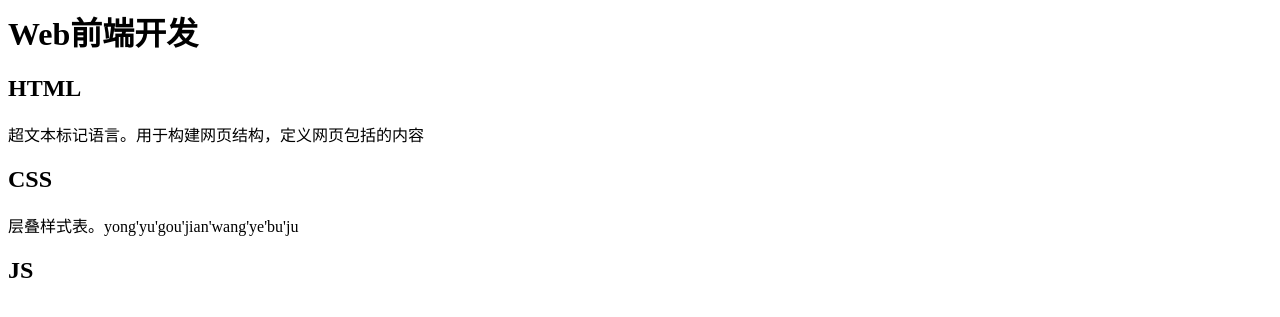
Repository: kankda11/WebProject1
Page: index.html
An editor plug-in stored every save of this project. The page is shown before and after a run of saves, followed by the edit.
The browser window is 1280 px wide. The pictures show the whole page.

Above is the page before, as saved 2020-07-10 16:07:09.

After the next 4 saves:
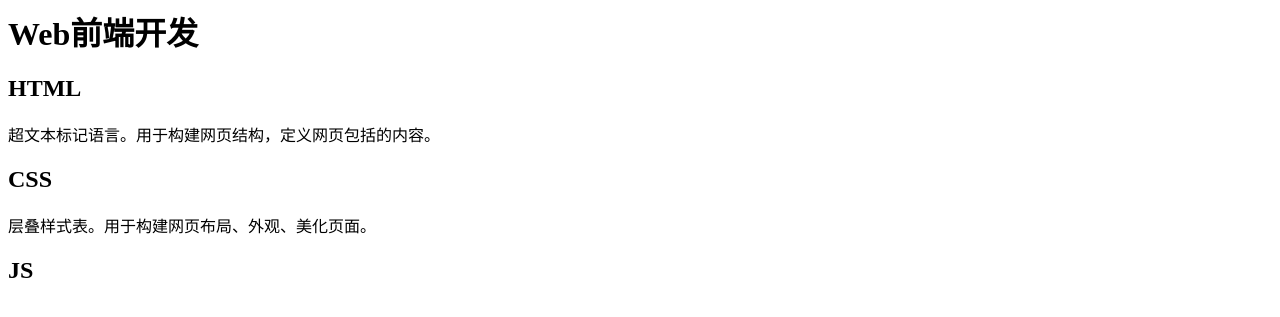
The 4 saves are shown as one change because they came seconds apart.
The last was saved 18 s later.
--- a/index.html
+++ b/index.html
@@ -6,9 +6,10 @@
   <body>
     <h1>Web前端开发</h1>
     <h2>HTML</h2>
-    <p>超文本标记语言。用于构建网页结构，定义网页包括的内容</p>
+    <p>超文本标记语言。用于构建网页结构，定义网页包括的内容。</p>
     <h2>CSS</h2>
-    <p>层叠样式表。yong'yu'gou'jian'wang'ye'bu'ju</p>
+    <p>层叠样式表。用于构建网页布局、外观、美化页面。</p>
     <h2>JS</h2>
+    <p></p>
   </body>
 </html>
